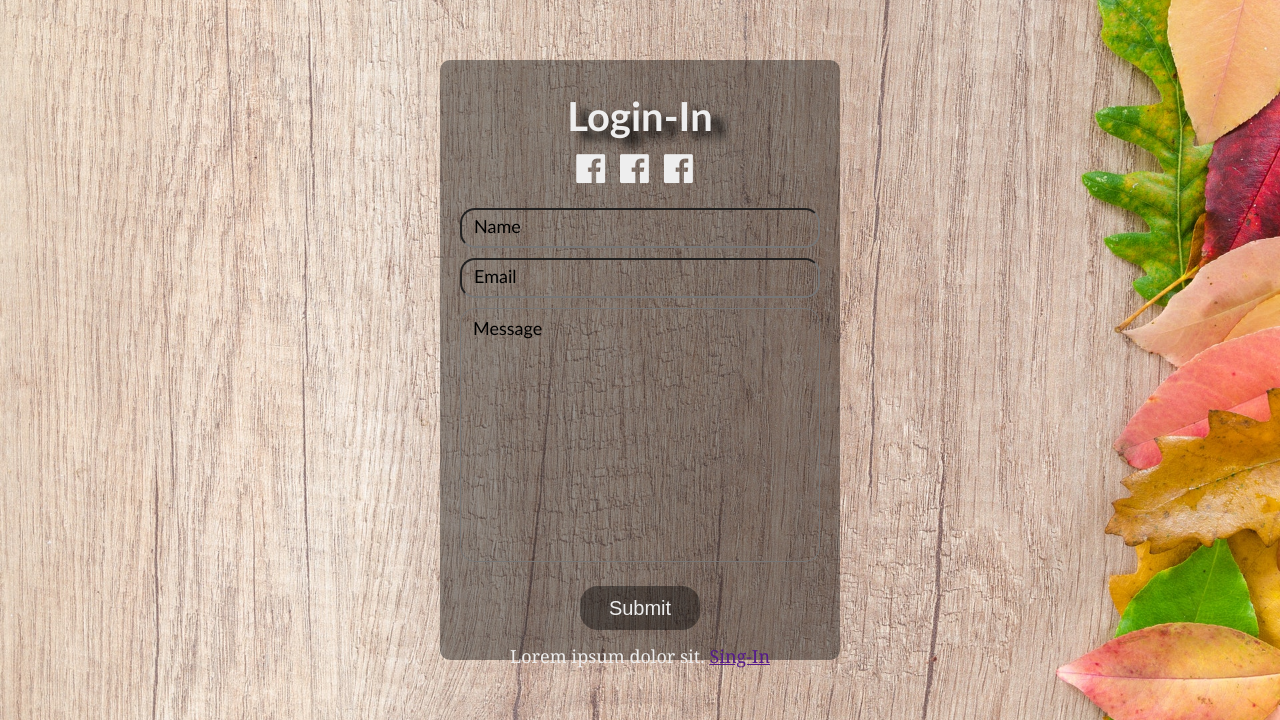
Repository: imedakrouti/BookStore
Page: ex.html
The author's editor kept a copy of each file at every save. The page is drawn from the files as they stood at one save, then again after the next save.
The browser window is 1280 px wide. The pictures show the whole page.
Some web libraries are served in a nearby version.

Above is the page before, as saved 2020-05-08 16:01:52.

### ex.html
<!DOCTYPE html>
<html lang="en">
<head>
    <meta charset="UTF-8">
    <meta name="viewport" content="width=device-width, initial-scale=1.0">
    <link rel="stylesheet" href="https://use.fontawesome.com/releases/v5.0.10/css/all.css" integrity="sha384-+d0P83n9kaQMCwj8F4RJB66tzIwOKmrdb46+porD/OvrJ+37WqIM7UoBtwHO6Nlg" crossorigin="anonymous">

    <title>Document</title>
</head>
<style>
    *{
        margin: 0;
        padding: 0;
        box-sizing: border-box;
    }
    .contact{
        height: 100vh;
        background:url('images/img/wood-bg.jpeg')no-repeat center center/cover;
        display: flex;
        flex-direction: column;
        align-items: center;
        justify-content: center;
    }
    .form-contact{
        width: 400px;
        height: 600px;
        padding: 20px;
        background:rgba(0,0,0,.4);
        text-align: center;
        border-radius:10px;
    }
    .form-contact h2{
        font-size: 40px;
        font-family: 'Gill Sans', 'Gill Sans MT', Calibri, 'Trebuchet MS', sans-serif;
        color:#eee;
        margin:12px 0;
        text-transform: capitalize;
        text-shadow: 12px 8px 9px #000;
    }
    .social-media{

    }
    .social-media i{
        font-size: 33px;
        color:#eee;
        margin-right: 11px;
        margin-bottom: 13px;
    }
    .form-contact input[type='text'],
    .form-contact input[type='email'],
    .form-contact textarea{
        display: block;
        padding: 0.375rem 0.75rem;
        font-size: 1rem;
        line-height: 1.5;
        margin: 10px auto;
        width: 100%;
        resize: none;
        background:transparent;
        border-radius:15px;
        outline: none;

    }
    .form-contact input::placeholder,
    .form-contact textarea::placeholder{
        color:#000;
        font-family: 'Gill Sans', 'Gill Sans MT', Calibri, 'Trebuchet MS', sans-serif;
        font-size: 18px;
    }
    .form-contact .btn{
        display: inline-block;
        font-weight: 400;
        text-align: center;
        white-space: nowrap;
        vertical-align: middle;
        -webkit-user-select: none;
        -moz-user-select: none;
        -ms-user-select: none;
        user-select: none;
        border: 1px solid transparent;
        padding: 0.375rem 1.75rem;
        font-size: 1.25rem;
        color:#eee;
        line-height: 1.5;
        background:rgba(0,0,0,.4);
        cursor:pointer;
        border-radius:18px;
        transition: all .7s;
        margin:14px;
    }
    .btn:hover{
        color:rgba(0,0,0,.8);
        background:#eee;
    }
    .form-contact p{
        font-family: Georgia, 'Times New Roman', Times, serif;
        font-size: 18px;
        color:#eee;
    }
    /* header{
    height: 100vh;
    background:linear-gradient(rgba(234,236,244,0.6),rgba(123,120,111,0.7)),url('images/img/header-bg.jpeg')no-repeat fixed center /cover;
    clip-path: polygon(0 0, 100% 0, 100% 90%, 0 100%);
    display: flex;
    align-items: center;
    justify-content: center;
  }
    .nav{
        align-self: flex-start;
        position: absolute;
        padding: 30px;
        width: 100%;
        display: flex;
        justify-content: space-between;
    }
    ul{
      display: flex;
     align-items: center;

    }
    .text-center{
        text-align: center;
    }
    .text-center a{
        display: block;
        margin-bottom: 8px;
        padding: 4px 20px;
        background: transparent;
        text-decoration: none;
        border:1px solid yellow;
        color:yellow
    }
    .text-center a:hover{
        background:yellow;
        color:#eee
    }
    ul li{
        list-style: none;
        margin: 0 30px;
    }
    ul li a{
        text-decoration: none;
       padding: 0.75rem;
       margin: 0.025rem;
        color:#eee;
        background:#444;
        font-size: 20px;
        font-family: Cambria, Cochin, Georgia, Times, 'Times New Roman', serif;
        text-transform: uppercase;
        border-radius: 12px;
    }
    @media screen and (max-width: 500px){
        .nav a img{
            width: 80px;
            height: 80px;
        }
        .nav ul{
            display: block;
        }
    } */

</style>
<body>
    <!-- <header>
        <div class="nav">
                <a href=""><img src="images/img/book.png" alt="" width="200px"height="30px"></a>

            <ul>
                <li><a href="">home</a></li>
                <li><a href="">home</a></li>
                <li><a href="">home</a></li>
                <li><a href="">home</a></li>

            </ul>
        </div>
        <div class="logo text-center">
            <p>Lorem ipsum dolor sit amet consectetur adipisicing elit. Placeat, adipisci repudiandae.</p>
            <a href="">aaaa</a>
            <a href="">aaaa</a>
        </div>
    </header> -->
    <section class="contact">
        <form action=""class="form-contact">
            <h2>Login-in</h2>
            <div class="social-media">
                <i class="fab fa-facebook fa-3x fa-circle"> </i>
                <i class="fab fa-facebook fa-3x"> </i>
                <i class="fab fa-facebook fa-3x"> </i>
            </div>

              <input type="text" class="form-control" name="" id="" aria-describedby="helpId" placeholder="Name">
              <input type="email" class="form-control" name="" id="" aria-describedby="helpId" placeholder="Email">
             <textarea name="" id="" cols="30" rows="10"placeholder="Message"></textarea>
             <button type="submit" class="btn btn-primary">Submit</button>
             <P>Lorem ipsum dolor sit. <a href=""class="sign">Sing-In</a></P>
        </form>
    </section>

</body>
</html>

After the next save:
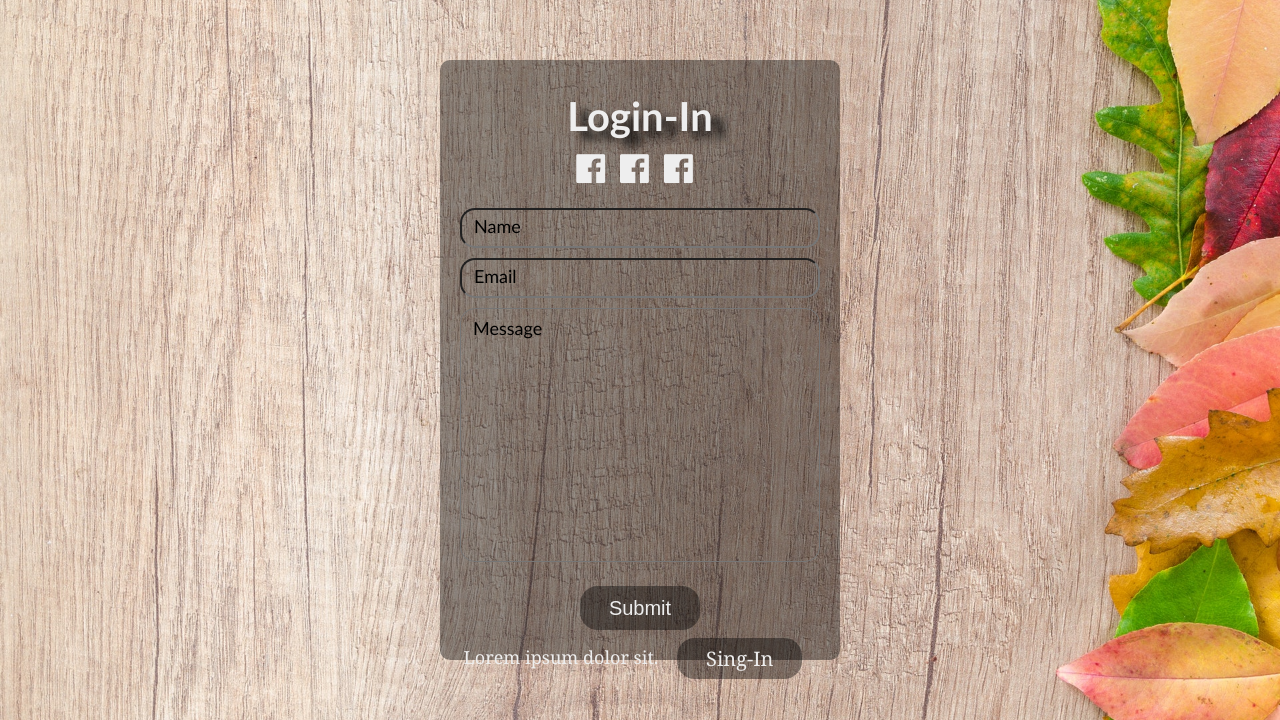
Saved 51 s later.
--- a/ex.html
+++ b/ex.html
@@ -96,6 +96,28 @@
         font-family: Georgia, 'Times New Roman', Times, serif;
         font-size: 18px;
         color:#eee;
+    }
+    .form-contact .sign{
+        text-decoration: none;
+        font-weight: 400;
+        text-align: center;
+        white-space: nowrap;
+        vertical-align: middle;
+        -webkit-user-select: none;
+        -moz-user-select: none;
+        -ms-user-select: none;
+        user-select: none;
+        border: 1px solid transparent;
+        padding: 0.375rem 1.75rem;
+        font-size: 1.25rem;
+        color:#eee;
+        line-height: 1.5;
+        background:rgba(0,0,0,.4);
+        cursor:pointer;
+        border-radius:18px;
+        transition: all .7s;
+        margin:14px;
+
     }
     /* header{
     height: 100vh;

After the save that followed:
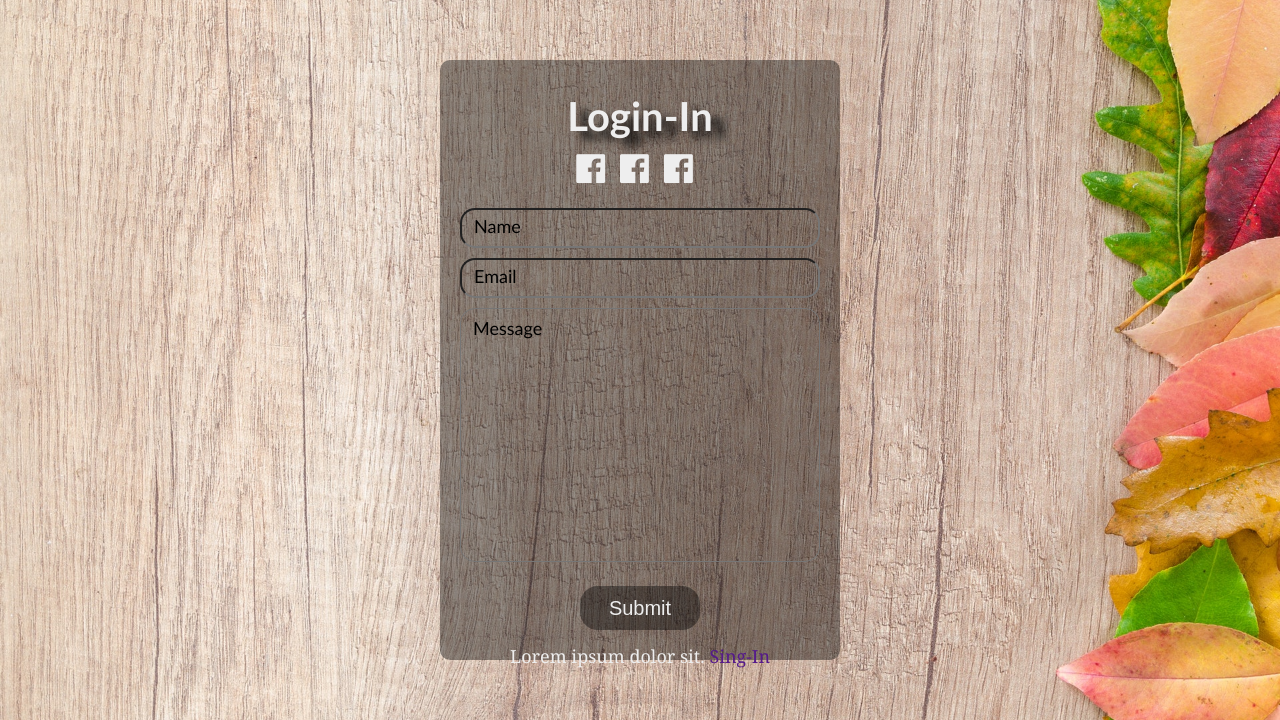
Saved 45 s later.
--- a/ex.html
+++ b/ex.html
@@ -99,24 +99,7 @@
     }
     .form-contact .sign{
         text-decoration: none;
-        font-weight: 400;
-        text-align: center;
-        white-space: nowrap;
-        vertical-align: middle;
-        -webkit-user-select: none;
-        -moz-user-select: none;
-        -ms-user-select: none;
-        user-select: none;
-        border: 1px solid transparent;
-        padding: 0.375rem 1.75rem;
-        font-size: 1.25rem;
-        color:#eee;
-        line-height: 1.5;
-        background:rgba(0,0,0,.4);
-        cursor:pointer;
-        border-radius:18px;
-        transition: all .7s;
-        margin:14px;
+
 
     }
     /* header{
